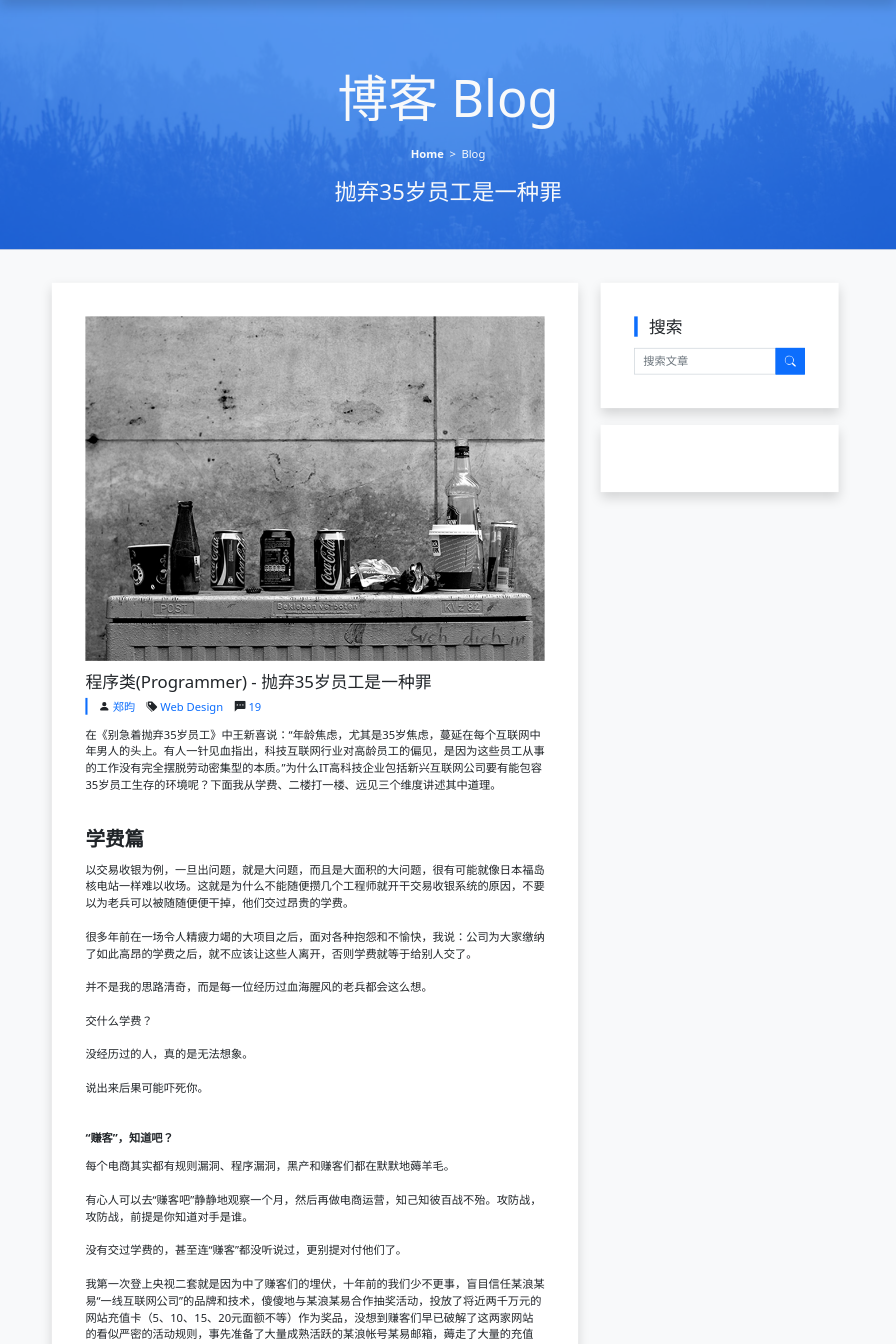
Repository: herjuandlonely/github.io
Page: index-blog.html
The author's editor kept a copy of each file at every save. The page is drawn from the files as they stood at one save, then again after the next save.
The browser window is 1280 px wide. The pictures show the part of the page from y = 0 to 1920 px (the page is 3872 px tall), at 70% of full size.
Backgrounds fixed to the window are drawn as part of the page.

Above is the page before, as saved 2022-07-01 16:03:53.

### index-blog.html
<!DOCTYPE html>
<html lang="en">
<head>
    <meta charset="UTF-8">
    <meta http-equiv="X-UA-Compatible" content="IE=edge">
    <meta name="viewport" content="width=device-width, initial-scale=1.0">
    <link rel="stylesheet" href="./bootstrap-4.6.1-dist/css/bootstrap.min.css">
    <link rel="stylesheet" href="./CSS/index-blog.css">
    <link rel="stylesheet" href="./CSS/normalize.css">
    <link rel="stylesheet" href="./icon/font_3484823_t6q6q64gri/iconfont.css">
    <script src="./bootstrap-4.6.1-dist/js/bootstrap.bundle.min.js"></script>
    <title>何亚Herju- Blog -抛弃35岁员工是一种罪</title>
</head>
<body style="height: 3000px;" class=" bg-light">
    <!-- nav start -->
    <div class="container-fluid px-0 shadow navbarControl">
        <nav class="navbar navbar-expand-md navbar-dark navbarBg">
            <div class="container-fluid px-4">
                <a href="index.html" class="navbar-brand ms-4">Herju's Home</a>
                <button class="navbar-toggler" data-bs-toggle="collapse" data-bs-target="#foldBtn">
                    <span class="navbar-toggler-icon"></span>
                </button>
                <div class="collapse navbar-collapse" id="foldBtn">
                    <ul class="navbar-nav ms-auto me-4 navbarCli">
                        <li class="nav-item text-center">
                            <a class="nav-link fw-lighter" href="index.html#bk">博客 Blog</a>
                        </li>
                        <li class="nav-item text-center">
                            <a class="nav-link fw-lighter" href="index.html#jn">技能 Skill</a>
                        </li>
                        <li class="nav-item text-center">
                            <a class="nav-link fw-lighter" href="index.html#ab">关于 About</a>
                        </li>
                        <li class="nav-item text-center">
                            <a class="nav-link fw-lighter" href="index.html#lx">联系我 Call</a>
                        </li>
                    </ul>
                </div>
            </div>
        </nav>
    </div>
    <!-- nav end -->

    <!-- baneer start -->
    <div class="banner position-relative bannerContent">
        <div class=" position-absolute w-100 h-100 bg-primary" style="opacity: .7;"></div>
        <div class=" position-absolute w-100 h-100 py-5" style="z-index: 3;">
            <h1 class=" text-light text-center display-2 mb-0">博客 Blog</h1>
            <nav class=" text-light mbShit mt-5 mt-md-4" >
                <ol class="breadcrumb d-flex justify-content-center">
                    <li class="breadcrumb-item">
                        <a href="index.html" class="text-light text-decoration-none fw-bold">Home</a>
                    </li>
                    <li class="breadcrumb-item">Blog</li>
                </ol>
            </nav>
            <h1 class="text-center text-light mt-5 mt-md-4">抛弃35岁员工是一种罪</h1>
        </div>
    </div>
    <!-- baneer start -->

    <!-- content start -->
    <div class="container">
        <div class="row py-5">
            <div class="col-lg-8 col-12 px-1">

                <!-- 主内容 -->
                <div class="shadow bg-white p-5 mb-4">
                    <img src="./image/piqsels.com-id-fggmp.png" class="img-fluid">
                    <h4 class=" mt-3">
                        程序类(Programmer) - 抛弃35岁员工是一种罪
                    </h4>
                    <ul class='border-start border-3 border-primary list-unstyled d-flex'>
                        <li class=" ms-3">
                            <a href="#" class=" text-decoration-none d-flex align-items-center">
                                <svg xmlns="http://www.w3.org/2000/svg" width="16" height="16" fill="currentColor" class="bi bi-person-fill text-dark me-1" viewBox="0 0 16 16">
                                    <path d="M3 14s-1 0-1-1 1-4 6-4 6 3 6 4-1 1-1 1H3zm5-6a3 3 0 1 0 0-6 3 3 0 0 0 0 6z"/>
                                  </svg>
                                郑昀
                            </a>
                        </li>
                        <li class=" ms-3">
                            <a href="#" class=" text-decoration-none d-flex align-items-center">
                                <svg xmlns="http://www.w3.org/2000/svg" width="16" height="16" fill="currentColor" class="bi bi-tags-fill text-dark me-1" viewBox="0 0 16 16">
                                    <path d="M2 2a1 1 0 0 1 1-1h4.586a1 1 0 0 1 .707.293l7 7a1 1 0 0 1 0 1.414l-4.586 4.586a1 1 0 0 1-1.414 0l-7-7A1 1 0 0 1 2 6.586V2zm3.5 4a1.5 1.5 0 1 0 0-3 1.5 1.5 0 0 0 0 3z"/>
                                    <path d="M1.293 7.793A1 1 0 0 1 1 7.086V2a1 1 0 0 0-1 1v4.586a1 1 0 0 0 .293.707l7 7a1 1 0 0 0 1.414 0l.043-.043-7.457-7.457z"/>
                                  </svg>
                                Web Design
                            </a>
                        </li>
                        <li class=" ms-3">
                            <a href="#" class=" text-decoration-none d-flex align-items-center">
                                <svg xmlns="http://www.w3.org/2000/svg" width="16" height="16" fill="currentColor" class="bi bi-chat-left-dots-fill text-dark me-1" viewBox="0 0 16 16">
                                    <path d="M0 2a2 2 0 0 1 2-2h12a2 2 0 0 1 2 2v8a2 2 0 0 1-2 2H4.414a1 1 0 0 0-.707.293L.854 15.146A.5.5 0 0 1 0 14.793V2zm5 4a1 1 0 1 0-2 0 1 1 0 0 0 2 0zm4 0a1 1 0 1 0-2 0 1 1 0 0 0 2 0zm3 1a1 1 0 1 0 0-2 1 1 0 0 0 0 2z"/>
                                  </svg>
                                19
                            </a>
                        </li>
                    </ul>
                    <p class="mb-2">在《别急着抛弃35岁员工》中王新喜说：“年龄焦虑，尤其是35岁焦虑，蔓延在每个互联网中年男人的头上。有人一针见血指出，科技互联网行业对高龄员工的偏见，是因为这些员工从事的工作没有完全摆脱劳动密集型的本质。”为什么IT高科技企业包括新兴互联网公司要有能包容35岁员工生存的环境呢？下面我从学费、二楼打一楼、远见三个维度讲述其中道理。</p>
                    <h3 class=" fw-bold mt-5">学费篇</h3>
                    <p class="mt-3">以交易收银为例，一旦出问题，就是大问题，而且是大面积的大问题，很有可能就像日本福岛核电站一样难以收场。这就是为什么不能随便攒几个工程师就开干交易收银系统的原因，不要以为老兵可以被随随便便干掉，他们交过昂贵的学费。<br><br>
                        很多年前在一场令人精疲力竭的大项目之后，面对各种抱怨和不愉快，我说：公司为大家缴纳了如此高昂的学费之后，就不应该让这些人离开，否则学费就等于给别人交了。<br><br>
                        并不是我的思路清奇，而是每一位经历过血海腥风的老兵都会这么想。<br><br>
                        交什么学费？<br><br>
                        没经历过的人，真的是无法想象。<br><br>
                        说出来后果可能吓死你。
                    </p>
                    <p class=" fw-bold mt-5">“赚客”，知道吧？</p>
                    <p>每个电商其实都有规则漏洞、程序漏洞，黑产和赚客们都在默默地薅羊毛。<br><br>
                        有心人可以去“赚客吧”静静地观察一个月，然后再做电商运营，知己知彼百战不殆。攻防战，攻防战，前提是你知道对手是谁。<br><br>
                        没有交过学费的，甚至连“赚客”都没听说过，更别提对付他们了。<br><br>
                        我第一次登上央视二套就是因为中了赚客们的埋伏，十年前的我们少不更事，盲目信任某浪某易“一线互联网公司”的品牌和技术，傻傻地与某浪某易合作抽奖活动，投放了将近两千万元的网站充值卡（5、10、15、20元面额不等）作为奖品，没想到赚客们早已破解了这两家网站的看似严密的活动规则，事先准备了大量成熟活跃的某浪帐号某易邮箱，薅走了大量的充值卡。<br><br>
                        最近一次再度目睹赚客是2019年1月20日凌晨1点到10点，整整9个小时，羊毛党徒们狂欢，从拼多多领取（而不是抢购）100元无门槛优惠券，据信拼多多损失高达数千万元。<br><br>
                        幸好拼多多有专业团队写就的用户服务协议，能够有效地在这种薅羊毛事件中保护拼多多，比如：
                    </p>
                    <ul>
                        <li class=" mt-3">
                            账户保管：凡经您的账号和密码成功登录使用拼多多平台，即视为您的使用行为；您应当对您的账户进行的所有活动及后果负法律责任。您不得以任何形式擅自转让或授权他人使用您的账户，因您主动泄露、出借账户信息或因您遭受他人攻击、诈骗等行为导致的损失及后果，拼多多并不承担责任，您可以通过司法、行政等救济途径向侵权行为人追偿。<span class=" text-primary">（注：撇清盗号连带责任）</span>
                        </li>
                        <li class=" mt-3">
                            交易秩序：您的购买行为应当基于真实的消费需求，不得实施恶意购买、恶意维权等扰乱拼多多平台正常交易秩序的行为。基于维护拼多多平台交易秩序及交易安全的需要，拼多多发现上述情形时有权采取关闭相关交易订单，限制账户使用功能、中止或 终止服务等措施而无需事先通知您。<span class=" text-primary">（注：关闭订单，关停账户，有法可依！）</span>
                        </li>
                        <li class=" mt-3">
                            商品信息：您充分理解， 拼多多平台上存在海量信息，因为互联网技术及人力的局限性，拼多多不能保证平台上所有商品的信息均准确、完整、可靠、有效、没有错误和没有误导性。除拼多多有明显过错外，对于因商品信息导致的纠纷，拼多多不承担任何责任。<span class=" text-primary">（注：以往公司经常因为商品信息不准确或标价错误，而被消费者牵涉入官司中）</span>
                        </li>
                        <li class=" mt-3">
                            异常订单处理：如拼多多发现您通过拼多多平台下达的订单存在违反法律规定或者本协议约定的异常情形的，拼多多有权采取关闭相关交易订单、限制账户使用功能、中止或终止服务等措施而无需事先通知您。<span class=" text-primary">（注：针对薅羊毛黑产们的大杀器！）</span>
                        </li>
                        <li class=" mt-3">
                            禁止行为：使用拼多多平台外挂和/或利用拼多多平台当中的 BUG 来获得不正当的利益；<span class=" text-primary">（注：针对赚客们的大杀器！）</span>
                        </li>
                        <li class=" mt-3">
                            服务中断：您理解并同意，拼多多需要定期或者不定期地对拼多多平台、设备进行维护或者检修，因此造成的拼多多服务在合理时间内的中断，拼多多无需为此承担任何责任，但拼多多将尽可能事先通知您。<span class=" text-primary">（注：紧急事件发生的时候，可以主动关停服务！）</span>
                        </li>
                    </ul>
                    <p class="mt-4">
                        这是什么？这特么就是金山银海般的学费买来的宝贵战斗经验，在雪崩之下挽救公司前程命运。
                    </p>
                </div>

                <!-- 评论 -->
                <div class="shadow bg-white p-5 mb-4">
                    <h4 class=" border-start border-5 border-primary ps-3">留言（19）</h4>
                    <div class="d-flex mt-5">
                        <img src="./image/zm.gif" style="height: 80px;" />
                        <div class="ms-4 w-auto">
                            <h4>XXX</h4>
                            <i>19 Sep 2022</i>
                            <p class=" text-secondary text-break">这篇文章很有意思，吸收了很多的东西，感谢老师的分享。期待下次的分享。</p>
                        </div>
                    </div>
                    <div class="d-flex ms-4 mt-2">
                        <img src="./image/80.gif" style="height: 80px;" />
                        <div class="ms-4 w-auto">
                            <h4>AAA</h4>
                            <i>20 Sep 2022</i>
                            <p class=" text-secondary">写的确实很好，一起努力！</p>
                        </div>
                    </div>
                    <div class="d-flex mt-4">
                        <img src="./image/t2.gif" style="height: 80px;" />
                        <div class="ms-4 w-auto">
                            <h4>kkk</h4>
                            <i>13 Sep 2022</i>
                            <p class=" text-secondary">写的确实很好，一起努力！</p>
                        </div>
                    </div>
                </div>

                <!-- 留言 -->
                <div class="shadow bg-white p-5">
                    <h4 class=" border-start border-5 border-primary ps-3">发送留言</h4>
                    <div class="row mt-3">
                        <div class="col-12 col-md-6">
                            <input type="text" class="rounded-0 form-control" placeholder="Name*">
                        </div>
                        <div class="col-12 col-md-6 mt-4 mt-md-0">
                            <input type="text" class="rounded-0 form-control" placeholder="Email*">
                        </div>
                        <div class="col-12">
                            <input type="text" class="mt-4 rounded-0 form-control" placeholder="WebSite">
                        </div>
                        <div class="col-12 mt-4">
                            <div class="form-floating">
                                <textarea class="rounded-0 form-control" style="height: 120px;" id="contentNode" placeholder="s"></textarea>
                                <label for="contentNode" class=" text-secondary">Content</label>
                            </div>
                            <div class="btn btn-secondary mt-4">提交留言</div>
                        </div>
                    </div>
                </div>
            </div>
            <div class="col-lg-4">
                <div class="bg-white shadow p-5 ms-3">
                    <div class="border-start border-5 border-primary ps-3">
                        <h4>搜索</h4>
                    </div>
                    <div class="input-group mt-3">
                        <input type="text" class=" form-control rounded-0" placeholder="搜索文章">
                        <button class="btn btn-primary rounded-0 d-flex align-items-center">
                            <svg xmlns="http://www.w3.org/2000/svg" width="16" height="16" fill="currentColor" class="bi bi-search" viewBox="0 0 16 16">
                                <path d="M11.742 10.344a6.5 6.5 0 1 0-1.397 1.398h-.001c.03.04.062.078.098.115l3.85 3.85a1 1 0 0 0 1.415-1.414l-3.85-3.85a1.007 1.007 0 0 0-.115-.1zM12 6.5a5.5 5.5 0 1 1-11 0 5.5 5.5 0 0 1 11 0z"/>
                              </svg>
                        </button>
                    </div>
                </div>
                <div class="bg-white shadow mt-4 p-5 ms-3">
                    <div class="bg-white "></div>
                </div>
            </div>
        </div>
    </div>
    <!-- content end -->

    <script src="./JS/index-blog.js"></script>
</body>
</html>

### CSS/index-blog.css
.navbarControl{
    transition: .3s;
    position: fixed;
    top: 0;
    left: 0;
    z-index: 999;
}
.navbarControl.showAndHide{
    top: -56px;
}
.navbarControl a{
    cursor: pointer;
}
.navbarBg{
    background-color: #161d27;
}
.banner{
    background: url(../image/overlay-bg.jpg) no-repeat center -180px;
    height: 356px;
    background-attachment: fixed;
    background-size: cover;
}
.mbShit{
    --bs-breadcrumb-divider: '>';
}
.mbShit ol .breadcrumb-item::before{
    color: #f8f9fa !important;
}

### icon/font_3484823_t6q6q64gri/iconfont.css
@font-face {
  font-family: "iconfont"; /* Project id 3484823 */
  src: url('iconfont.woff2?t=1656149880118') format('woff2'),
       url('iconfont.woff?t=1656149880118') format('woff'),
       url('iconfont.ttf?t=1656149880118') format('truetype');
}

.iconfont {
  font-family: "iconfont" !important;
  font-size: 16px;
  font-style: normal;
  -webkit-font-smoothing: antialiased;
  -moz-osx-font-smoothing: grayscale;
}

.icon-QQ:before {
  content: "\e882";
}

.icon-weixin:before {
  content: "\e8bb";
}

### JS/index-blog.js
(function(){
    const myBlog = {
        $: (ele) => {
            return document.querySelectorAll(ele);
        },
        "isHide": function () {
            let oldScrollTop = 0;
            let isHide = this.$('.navbarControl')[0];
            const navbarCli = this.$('.navbarCli')[0].children;
            const banner = this.$('.bannerContent')[0];

            function scrollHide () {
                let scrollTop = window.pageYOffset || this.document.documentElement.scrollTop || this.document.body.scrollTop;
                let scrollSet = scrollTop - oldScrollTop;
                oldScrollTop = scrollTop;
                if (scrollSet < 0) {
                    isHide.classList.remove('showAndHide');
                } else {
                    isHide.classList.add('showAndHide');
                    foldBtn.classList.remove('show');
                };
            };


            window.addEventListener("scroll", scrollHide);

            for (let i = 0; i < navbarCli.length; i++) {
                navbarCli[i].onclick = function () {
                    window.removeEventListener("scroll", scrollHide);
                    isHide.classList.add('showAndHide');
                    foldBtn.classList.remove('show');
                    setTimeout(() => {
                        window.addEventListener("scroll", scrollHide);
                    }, 800)
                };
                navbarCli[i].ontouchend = function () {
                    window.removeEventListener("scroll", scrollHide);
                    isHide.classList.add('showAndHide');
                    foldBtn.classList.remove('show');
                    setTimeout(() => {
                        window.addEventListener("scroll", scrollHide);
                    }, 800)
                };
            };

        }
    }

    myBlog.isHide();
})()

Loaded but not shown: bootstrap-4.6.1-dist/css/bootstrap.min.css (library); CSS/normalize.css (library); bootstrap-4.6.1-dist/js/bootstrap.bundle.min.js (library)

After the next save:
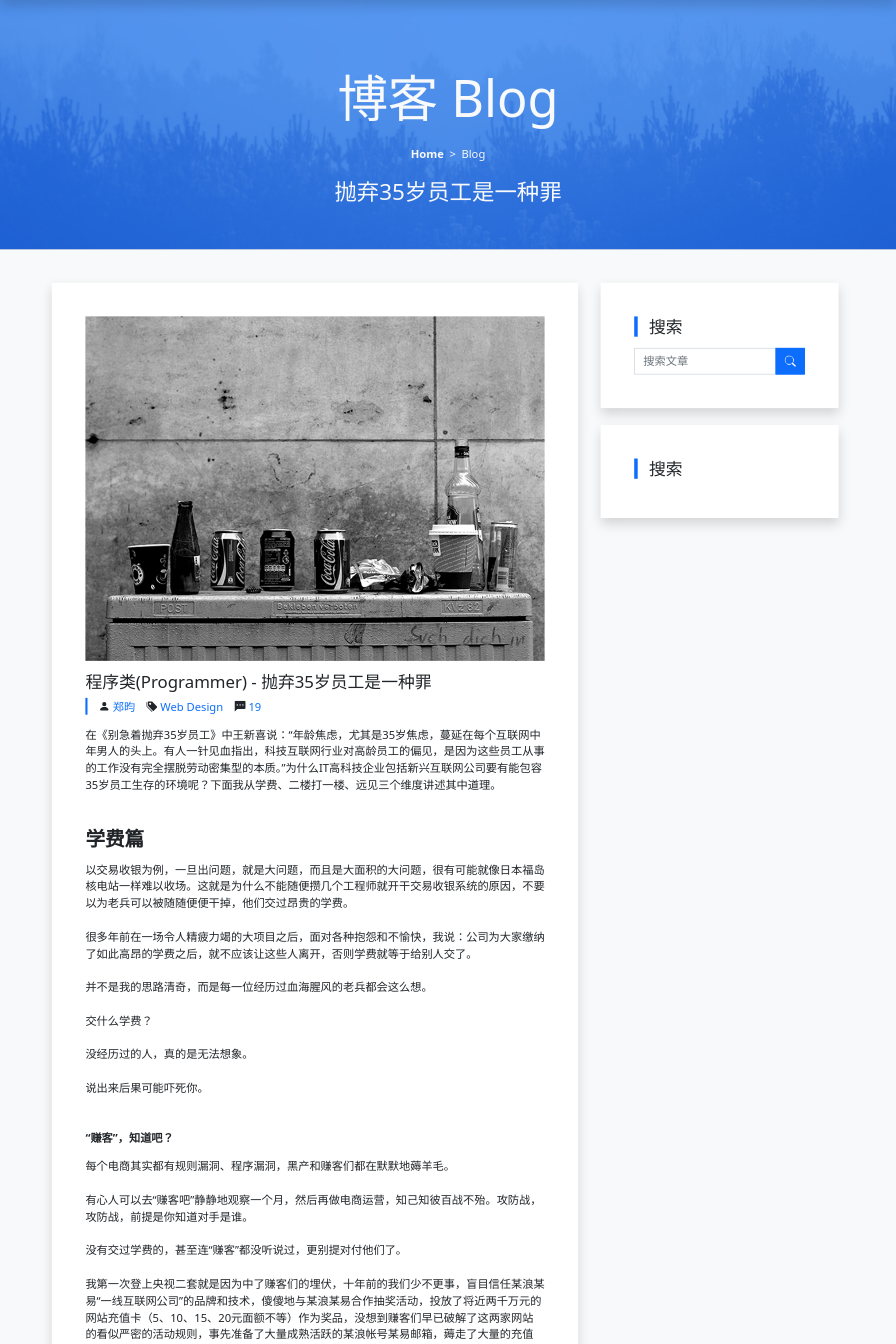
Saved 19 s later.
--- a/index-blog.html
+++ b/index-blog.html
@@ -206,7 +206,9 @@
                     </div>
                 </div>
                 <div class="bg-white shadow mt-4 p-5 ms-3">
-                    <div class="bg-white "></div>
+                    <div class="border-start border-5 border-primary ps-3">
+                        <h4>搜索</h4>
+                    </div>
                 </div>
             </div>
         </div>
